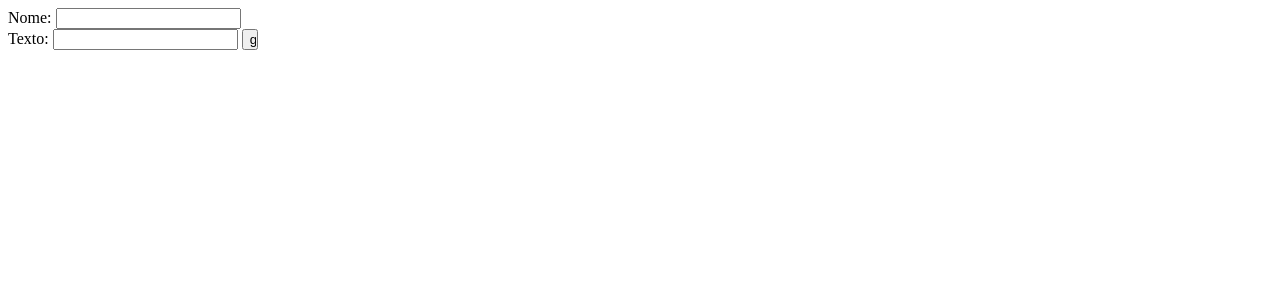
Repository: bVerneck/javaTex
Page: motos/src/main/webapp/form.html
These files come from the project's save history. The page is drawn as it stood at one moment and after the next save; the edit follows.
The browser window is 1280 px wide. The pictures show the whole page.

Above is the page before, as saved 2023-03-08 17:04:04.

### motos/src/main/webapp/form.html
<html>
    <body>
         <form action="/motos/home"/>
         Nome: <input type"text" name="nome">
         <br>
         Texto: <input type="text"/>
         <input type="submit" value="gerar" name="text" style="width:10px"/>
         </form>

    </body>


</html>

After the next save:
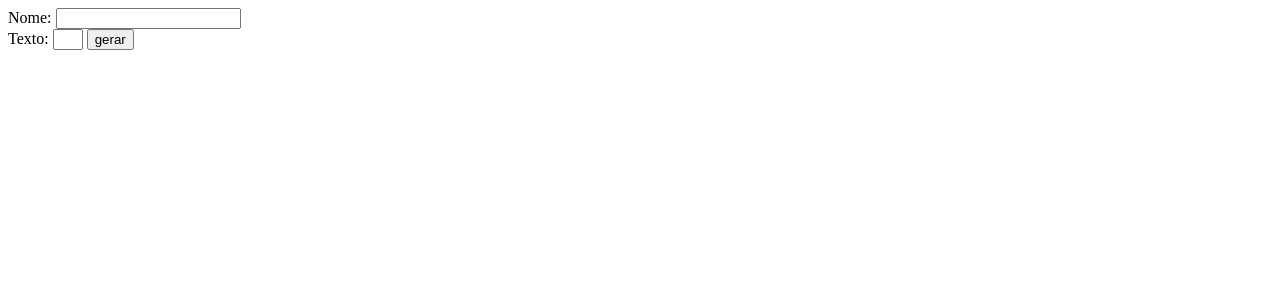
Saved 42 s later.
--- a/motos/src/main/webapp/form.html
+++ b/motos/src/main/webapp/form.html
@@ -3,8 +3,8 @@
          <form action="/motos/home"/>
          Nome: <input type"text" name="nome">
          <br>
-         Texto: <input type="text"/>
-         <input type="submit" value="gerar" name="text" style="width:10px"/>
+         Texto: <input type="text" style="width:30px"/>
+         <input type="submit" value="gerar" name="text" />
          </form>
 
     </body>
